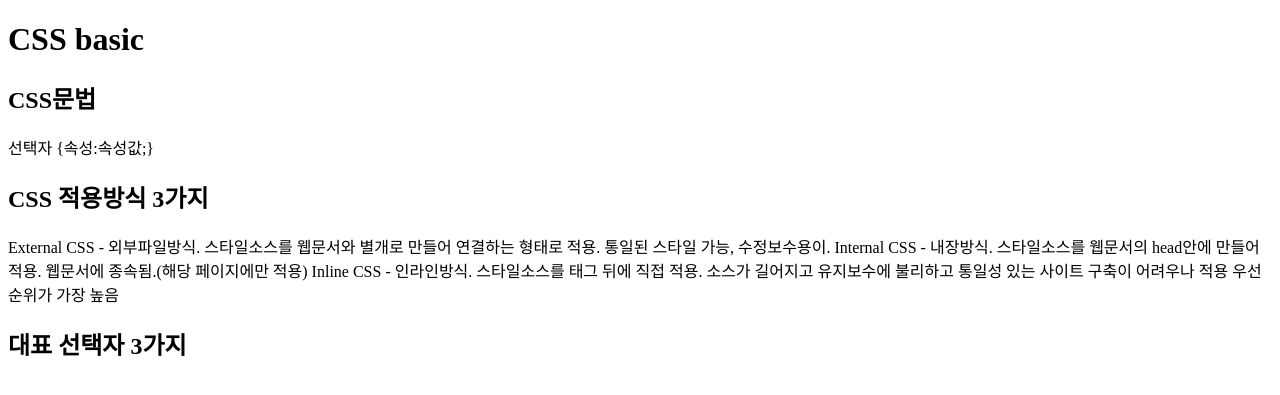
Repository: Git-Seokcoding/WEB
Page: CSS3/src/main/webapp/basic.html
The author's editor kept a copy of each file at every save. The page is drawn from the files as they stood at one save, then again after the next save.
The browser window is 1280 px wide. The pictures show the whole page.

Above is the page before, as saved 2023-10-12 07:31:58.

After the next save:
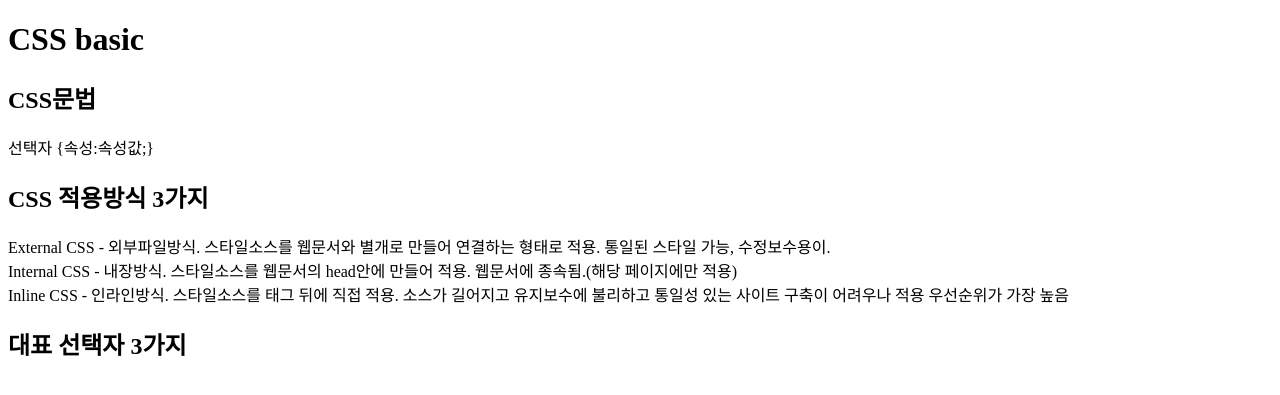
Saved 17 s later.
--- a/CSS3/src/main/webapp/basic.html
+++ b/CSS3/src/main/webapp/basic.html
@@ -11,11 +11,11 @@
 
 	<h2>CSS 적용방식 3가지</h2>
 		External CSS - 외부파일방식. 스타일소스를 웹문서와 별개로 만들어 연결하는 형태로 적용.
-		통일된 스타일 가능, 수정보수용이.
+		통일된 스타일 가능, 수정보수용이.<br>
 		Internal CSS - 내장방식. 스타일소스를 웹문서의 head안에 만들어 적용.
-		웹문서에 종속됨.(해당 페이지에만 적용)
+		웹문서에 종속됨.(해당 페이지에만 적용)<br>
 		Inline CSS   - 인라인방식. 스타일소스를 태그 뒤에 직접 적용.
-		소스가 길어지고 유지보수에 불리하고 통일성 있는 사이트 구축이 어려우나 적용 우선순위가 가장 높음
+		소스가 길어지고 유지보수에 불리하고 통일성 있는 사이트 구축이 어려우나 적용 우선순위가 가장 높음<br>
 
 	<h2>대표 선택자 3가지</h2>
 
